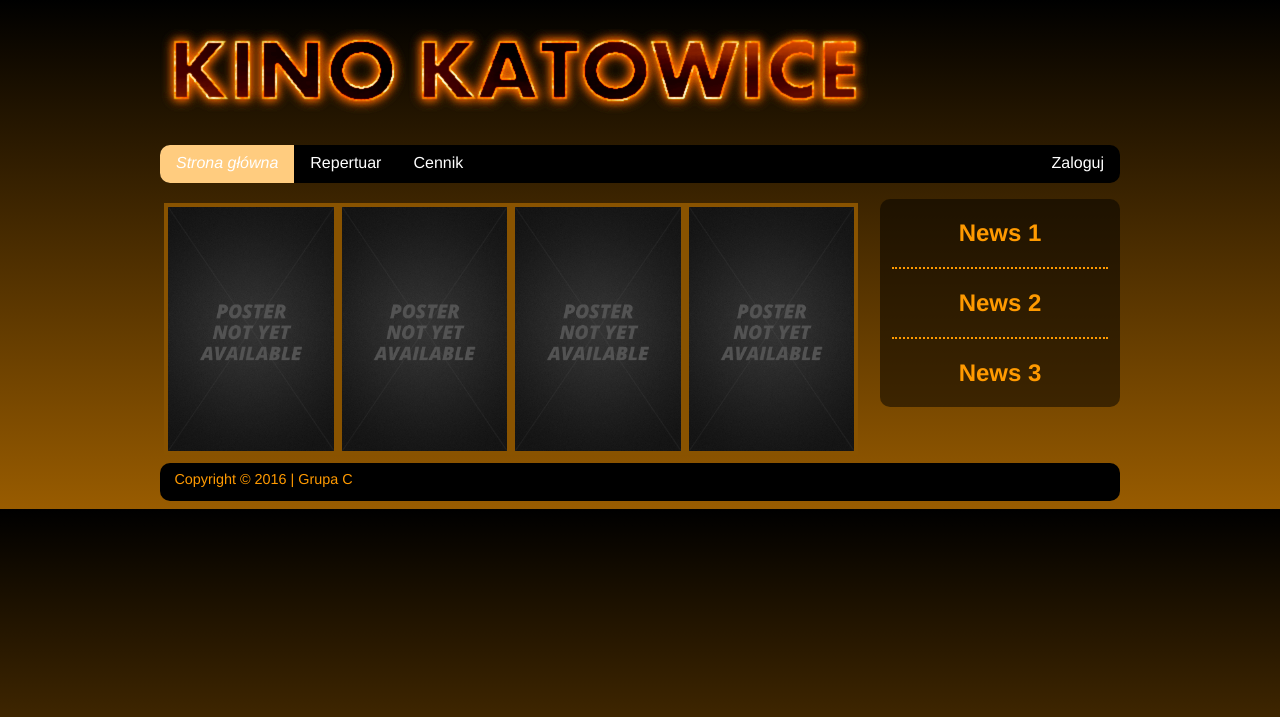
Repository: Gate4/Grupa-C
Page: http://localhost/KinoWebApp/WEB-INF/jsp/welcome.jsp
An editor plug-in stored every save of this project. The page is shown before and after the next save, followed by the edit.
The browser window is 1280 px wide. The pictures show the whole page.
Some web libraries are served in a nearby version. The page is served by Tomcat 9. Nobody is signed in. The template is opened directly, without the code that normally fills it, so the values that code supplies are empty.

Above is the page before, as saved 2016-04-21 21:32:31.

After the next save:
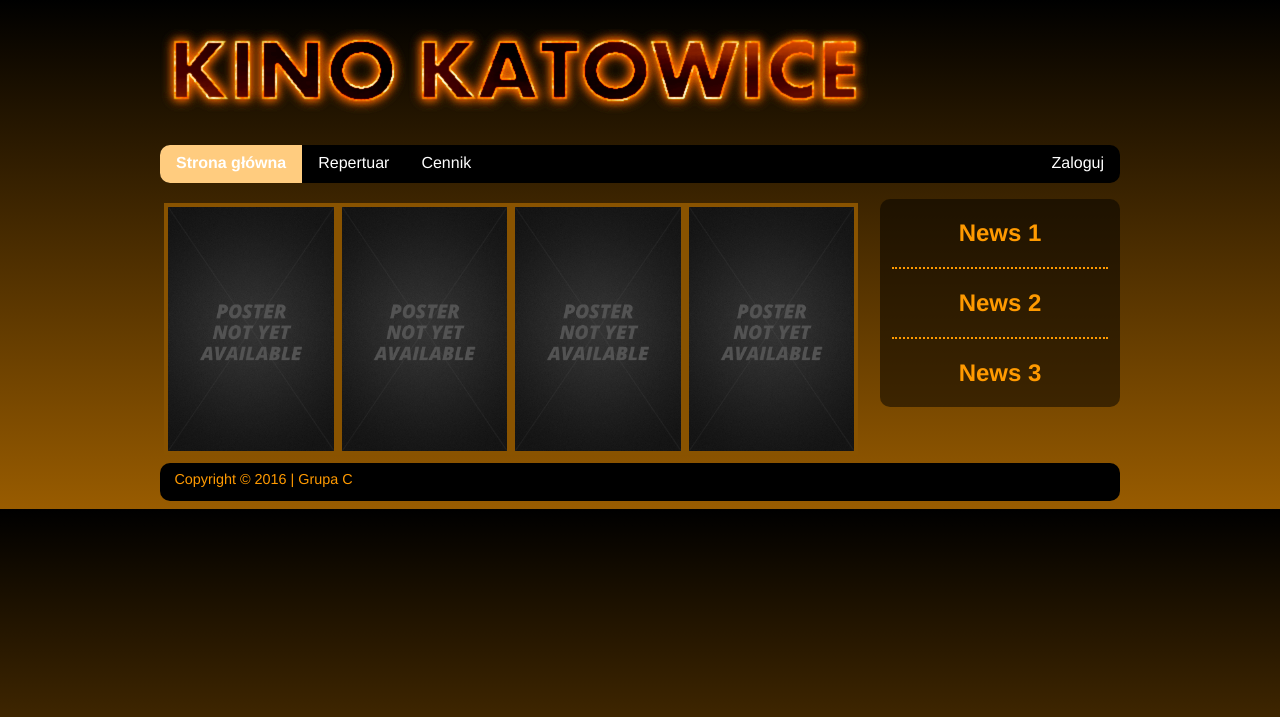
Saved 53 s later.
--- a/KinoWebApp/WebContent/resources/style.css
+++ b/KinoWebApp/WebContent/resources/style.css
@@ -74,7 +74,7 @@ nav ul li a{
 
 nav ul li a:hover, a.active{
 	background: #FFCC7F;
-	font-style: oblique;
+	font-weight: bold;
 }
 
 nav ul li:last-child{
